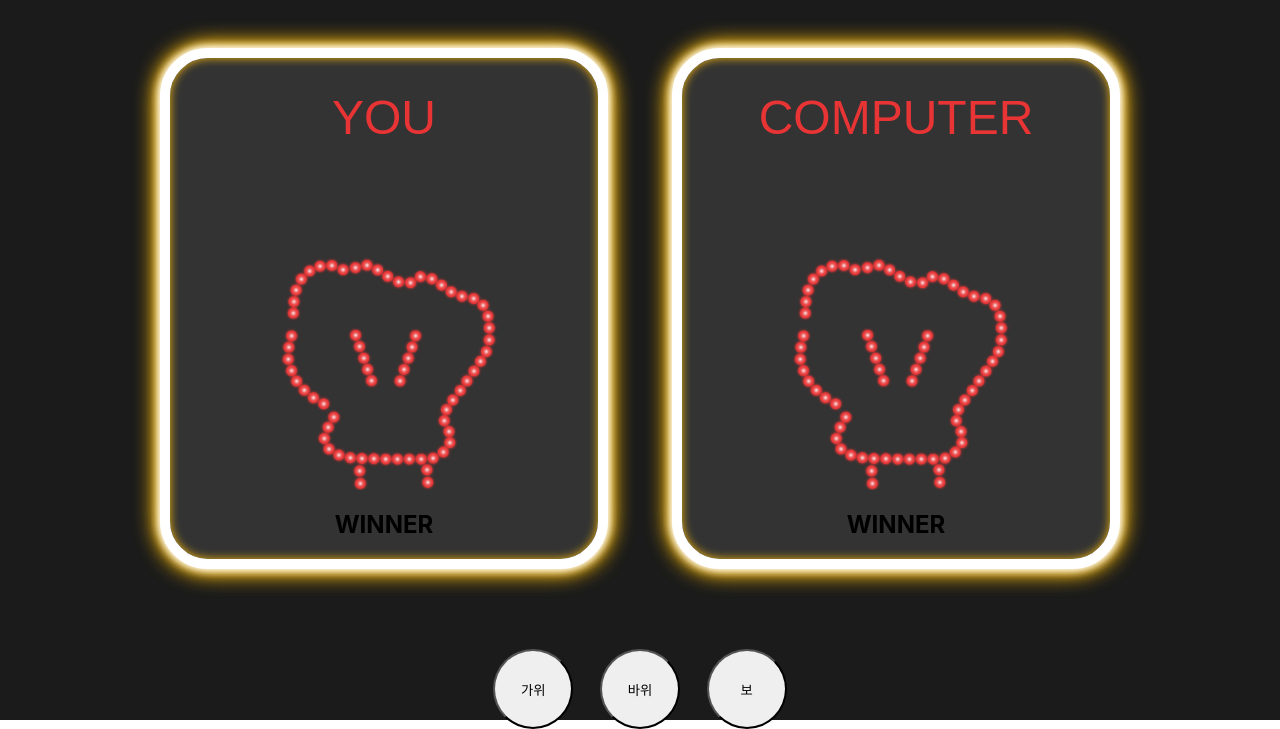
Repository: KIMMIHYE12/classComponent
Page: /
These files come from the project's save history. The page is drawn as it stood at one moment and after the next save; the edit follows.
The browser window is 1280 px wide. The pictures show the whole page.
Some web fonts or font styles are not loaded; a fallback is used. The project was rebuilt for these pictures with package versions that can differ from the ones it lists, and the page was loaded fresh each time.

Above is the page before, as saved 2024-03-18 22:14:11.

### src/App.js
import "./App.css";
import { Box } from "./component/Box";

function App() {
  return (
    <div className='content'>
      <div className='game_screen'>
        <Box title='YOU' />
        <Box title='COMPUTER' />
      </div>
      <div className='btn_wrap'>
        <button className='scissor'>가위</button>
        <button className='rock'>바위</button>
        <button className='paper'>보</button>
      </div>
    </div>
  );
}

export default App;

### src/App.css
@import url("https://use.typekit.net/ebb2deg.css");

* {
  box-sizing: border-box;
}

.content {
  height: 100vh;
  padding: 3em 0;
  background-color: #1b1b1b;
}

.game_screen {
  width: 100%;
  display: flex;
  justify-content: center;
}

.box {
  width: 35%;
  display: flex;
  flex-direction: column;
  align-items: center;
  margin: 0 2em;
  border: 10px solid #fff;
  background: #333;
  border-radius: 3rem;
  box-shadow: 0 0 10px #fff, 0 0 10px #fff, 0 0 24px #f5b70c, 0 0 16px #f5b70c,
    0 0 24px #f5b70c, inset 0 0 10px #f5b70c;
}

h1 {
  font-size: 3em;
  color: #e83435;
  font-family: "gloridot", sans-serif;
  font-weight: 400;
  font-style: normal;
}

img {
  width: 70%;
}

.btn_wrap {
  margin-top: 5em;
  display: flex;
  justify-content: center;
}

.btn_wrap button {
  position: relative;
  width: 6em;
  height: 6em;
  margin: 0 1em;
  border-radius: 50%;
  top: 0;
}

.btn_wrap button:active {
  top: 6px;
}

.btn_wrap button:active:before {
  top: 0;
  box-shadow: 0 3px 3px rgba(0, 0, 0, 0.7), 0 3px 9px rgba(0, 0, 0, 0.2);
}

.btn_wrap button:before {
  display: inline-block;
  content: "";
  position: absolute;
  left: 0;
  right: 0;
  z-index: -1;
  top: 6px;
  border-radius: 5px;
  height: 6px;
  background: linear-gradient(
    to top,
    saturate(darken(#7fbb98, 40%), 15%) 0%,
    saturate(darken(#7fbb98, 25%), 10%) 6px
  );
  transition: all ((0.06 * 1.3) + s) ease-out;
  box-shadow: 0 1px 0 2px rgba(0, 0, 0, 0.3), 0 5px 24px rgba(0, 0, 0, 0.5),
    0 10px 9px rgba(0, 0, 0, 0.2);
}

### src/component/Box.js
import React from "react";

export const Box = (props) => {
  console.log(props);
  return (
    <div className='box'>
      <h1>{props.title}</h1>
      <img src='/images/rock.png' alt='바위' />
      <h2>WINNER</h2>
    </div>
  );
};

Loaded but not shown: public/index.html (common file); src/index.js (common file); src/index.css (common file); src/reportWebVitals.js (common file)

After the next save:
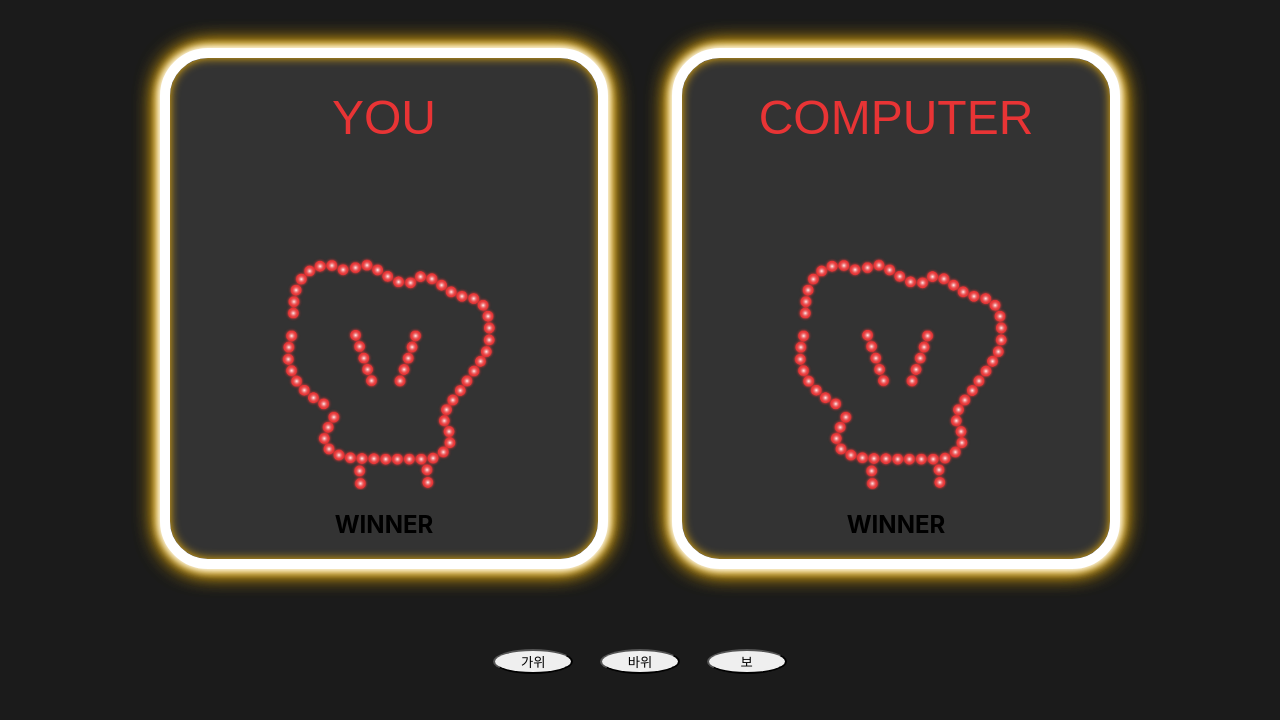
Saved 41 s later.
--- a/src/App.css
+++ b/src/App.css
@@ -50,7 +50,7 @@ img {
 .btn_wrap button {
   position: relative;
   width: 6em;
-  height: 6em;
+  height: 4m;
   margin: 0 1em;
   border-radius: 50%;
   top: 0;
@@ -72,7 +72,7 @@ img {
   left: 0;
   right: 0;
   z-index: -1;
-  top: 6px;
+  top: px;
   border-radius: 5px;
   height: 6px;
   background: linear-gradient(
